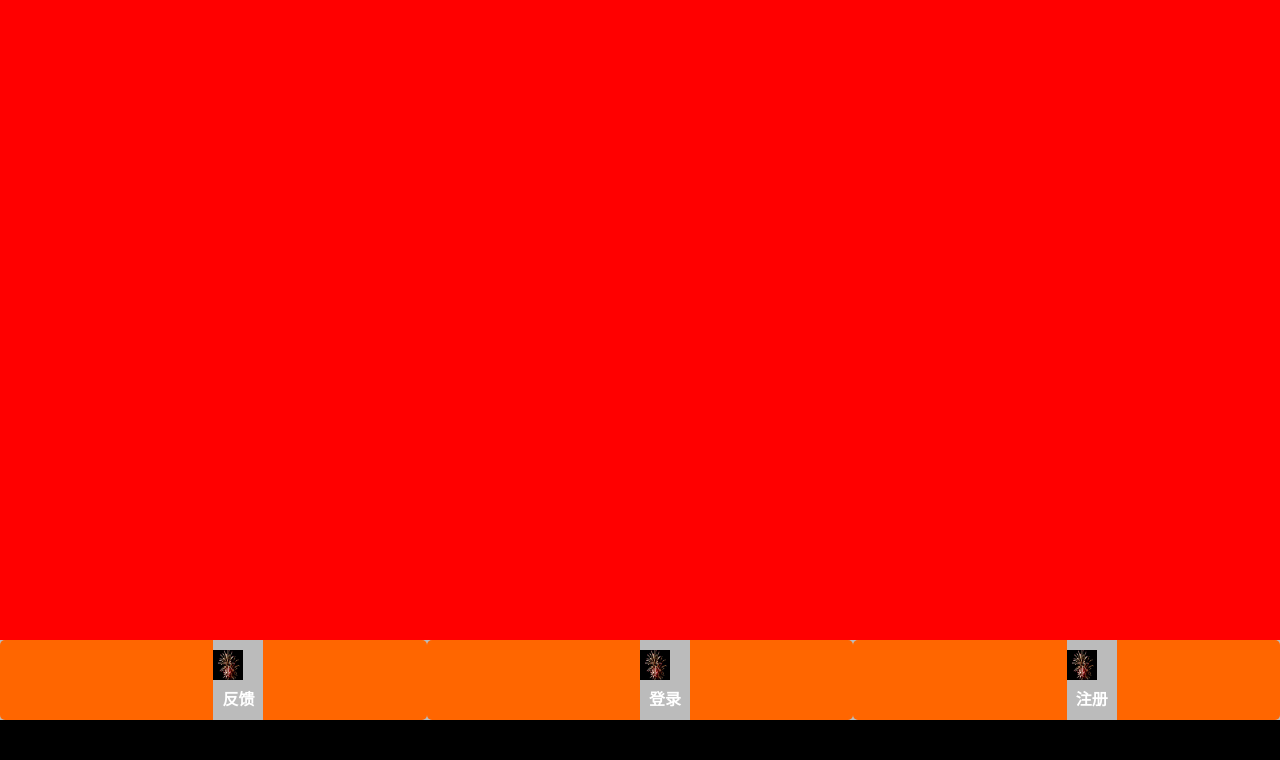
Repository: wangxinjun08231116/Html5Views
Page: WangXinJun/WebContent/htmls/QCF/shouye.html
The author's editor kept a copy of each file at every save. The page is drawn from the files as they stood at one save, then again after the next save.
The browser window is 1280 px wide. The pictures show the whole page.

Above is the page before, as saved 2015-01-21 08:04:28.

### WangXinJun/WebContent/htmls/QCF/shouye.html
<!DOCTYPE HTML>
<html>
<head>
<meta http-equiv="Content-Type" content="text/html; charset=utf-8">
<title>test</title>
 <link href="/WangXinJun/css/QCF/shouye.css" rel="stylesheet" type="text/css"/>
</head>


<body>
<div class="container" >
<!--
        <img class = "image" src="/WangXinJun/images/js06/thumbnail_fireworks.jpg" >
-->

        <div class="btContainer" >
		<div class="submit-div" >
					<a class="submit-btn">注册</a>
					<img class = "bottomImage" src="/WangXinJun/images/js06/thumbnail_fireworks.jpg" >

		</div>

		<div class="submit-div" >
			<a class="submit-btn">登录</a>
							<img class = "bottomImage" src="/WangXinJun/images/js06/thumbnail_fireworks.jpg" >

		</div>
		<div class="submit-div" >
			<a class="submit-btn">反馈</a>
							<img class = "bottomImage" src="/WangXinJun/images/js06/thumbnail_fireworks.jpg" >

		</div>
		</div>
</div>

</body>
</html>

### WangXinJun/WebContent/css/QCF/shouye.css

* {margin:0;padding:0;}

html{
	height:100%;width:100%;
}
body {height:100%;width:100%;background:#000;
}

.container {width:100%;height:100%;
	background-color:red;
	position:absolute;
}

.image{width:100%;height:100%;background:#ccc;
		position:absolute;
		bottom:80px;
}




.btContainer{width:100%;height:80px;background:#bbb;
	position:absolute;
	bottom:0px;
}

.submit-div {

    height:80px;
    background-color: #f60;
    border-radius: 5px;
    color: #fff;
    font-size: 16px;
    font-weight: bold;
    width:33.33%;
	float:right;
	color: #fff;
    font-size: 16px;
    text-align:center;
}

.bottomImage{width:30px;height:30px;background:#ccc;
	position:absolute;
	top:10px;
	text-align:center;

}

.submit-btn {
	//position:relative;
	position:absolute;
	width:50px;
    height:80px;
    line-height:120px;
    background-color: #bbb;
    color: #fff;
    font-size: 16px;
    font-weight: bold;
    font-size: 16px;
    text-align:center;

}

After the next save:
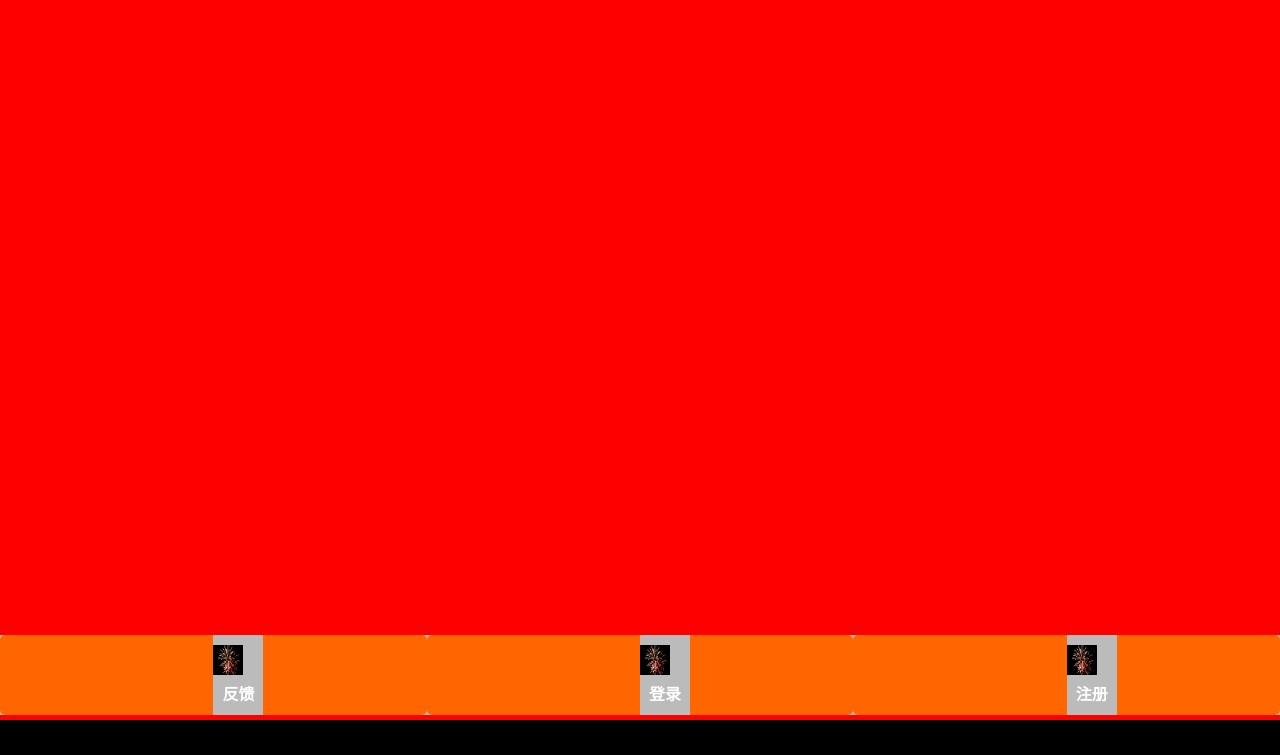
Saved 45 s later.
--- a/WangXinJun/WebContent/css/QCF/shouye.css
+++ b/WangXinJun/WebContent/css/QCF/shouye.css
@@ -22,7 +22,7 @@ body {height:100%;width:100%;background:#000;
 
 .btContainer{width:100%;height:80px;background:#bbb;
 	position:absolute;
-	bottom:0px;
+	bottom:5px;
 }
 
 .submit-div {
